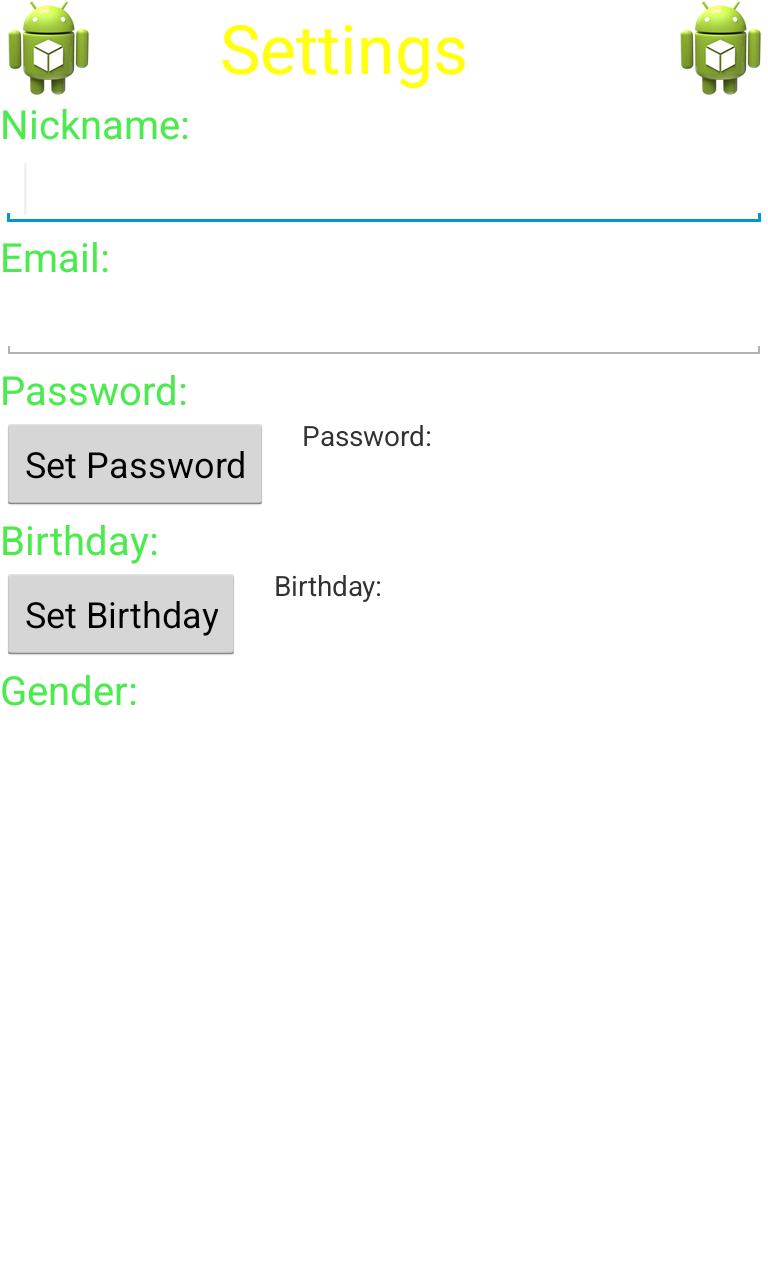
Repository: wzbbbb/bkp_home
Layout: java/BeenThere,DoneThat!/res/layout/activity_quitzsettings.xml
An editor plug-in stored every save of this project. The layout is shown before and after the next save, followed by the edit.
It is drawn on a 768 x 1280 px phone screen (xhdpi) without system bars, with theme AppTheme; the app's code is not run.

Above is the layout before, as saved 2013-09-26 01:27:36.

### java/BeenThere,DoneThat!/res/layout/activity_quitzsettings.xml
<LinearLayout xmlns:android="http://schemas.android.com/apk/res/android"
    android:layout_width="fill_parent"
    android:layout_height="fill_parent"
    android:background="@android:color/transparent"
    android:orientation="vertical" >

    <RelativeLayout
        android:layout_width="match_parent"
        android:layout_height="wrap_content" >

        <ImageView
            android:id="@+id/ImageView01"
            android:layout_width="wrap_content"
            android:layout_height="wrap_content"
            android:layout_alignParentLeft="true"
            android:layout_alignParentTop="true"
            android:src="@drawable/ic_launcher" />

        <ImageView
            android:id="@+id/imageView1"
            android:layout_width="wrap_content"
            android:layout_height="wrap_content"
            android:layout_alignParentRight="true"
            android:layout_alignParentTop="true"
            android:src="@drawable/ic_launcher" />

        <TextView
            android:id="@+id/textView1"
            android:layout_width="wrap_content"
            android:layout_height="wrap_content"
            android:layout_centerHorizontal="true"
            android:layout_centerVertical="true"
            android:layout_marginLeft="62dp"
            android:layout_toRightOf="@+id/ImageView01"
            android:text="@string/settings"
            android:textColor="@color/logo_color"
            android:textSize="@dimen/bigger_header" />

    </RelativeLayout>

    <ScrollView
        android:id="@+id/scrollView1"
        android:layout_width="match_parent"
        android:layout_height="match_parent"
        android:scrollbarAlwaysDrawVerticalTrack="true"
        android:scrollbarStyle="outsideOverlay" >

        <LinearLayout
            android:layout_width="match_parent"
            android:layout_height="match_parent"
            android:orientation="vertical" >

            <TextView
                android:id="@+id/textView2"
                android:layout_width="wrap_content"
                android:layout_height="wrap_content"
                android:text="@string/nickname"
                android:textColor="@color/selected"
                android:textSize="@dimen/header" />

            <EditText
                android:id="@+id/editTextNickname"
                android:layout_width="match_parent"
                android:layout_height="wrap_content"
                android:ems="10"
                android:inputType="textPersonName"
                android:maxLength="20"
                android:maxLines="1" >

                <requestFocus />
            </EditText>

            <TextView
                android:id="@+id/textView3"
                android:layout_width="wrap_content"
                android:layout_height="wrap_content"
                android:text="@string/email"
                android:textColor="@color/selected"
                android:textSize="@dimen/header" />

            <EditText
                android:id="@+id/editTextEmail"
                android:layout_width="match_parent"
                android:layout_height="wrap_content"
                android:ems="10"
                android:inputType="textEmailAddress"
                android:maxLines="1" />

            <TextView
                android:id="@+id/textViewPWD"
                android:layout_width="wrap_content"
                android:layout_height="wrap_content"
                android:text="@string/password"
                android:textColor="@color/selected"
                android:textSize="@dimen/header" />

            <LinearLayout
                android:layout_width="match_parent"
                android:layout_height="wrap_content" >

                <Button
                    android:id="@+id/button1"
                    android:layout_width="wrap_content"
                    android:layout_height="wrap_content"
                    android:layout_marginRight="@dimen/activity_horizontal_margin"
                    android:text="@string/but_pwd" />

                <TextView
                    android:id="@+id/pwdView"
                    android:layout_width="match_parent"
                    android:layout_height="match_parent"
                    android:background="@android:color/background_light"
                    android:text="@string/password" />

            </LinearLayout>

            <TextView
                android:id="@+id/textView5"
                android:layout_width="wrap_content"
                android:layout_height="wrap_content"
                android:text="@string/birthday"
                android:textColor="@color/selected"
                android:textSize="@dimen/header" />

            <LinearLayout
                android:layout_width="match_parent"
                android:layout_height="wrap_content" >

                <Button
                    android:id="@+id/button2"
                    android:layout_width="wrap_content"
                    android:layout_height="wrap_content"
                    android:layout_marginRight="@dimen/activity_horizontal_margin"
                    android:text="@string/but_BD" />

                <TextView
                    android:id="@+id/BdayView"
                    android:layout_width="match_parent"
                    android:layout_height="match_parent"
                    android:layout_gravity="right"
                    android:background="@android:color/background_light"
                    android:text="@string/birthday" />

            </LinearLayout>

            <TextView
                android:id="@+id/genderView"
                android:layout_width="wrap_content"
                android:layout_height="wrap_content"
                android:text="@string/gender"
                android:textColor="@color/selected"
                android:textSize="@dimen/header" />

        </LinearLayout>
    </ScrollView>

</LinearLayout>

### java/BeenThere,DoneThat!/res/values/strings.xml
<resources>

    <string name="app_name">Been there, Done that!</string>
    <string name="action_settings">Settings</string>
    <string name="hello_world">Hello world!</string>
    <string name="scores">View Scores</string>
    <string name="welcome">Welcome to the game! </string>

    <dimen name="header">20sp</dimen>

    <string name="help">Help</string>
    <string name="settings">Settings</string>
    <string name="but_play">Play Game</string>
    <string name="user_set_label">Specify your user name:</string>
    <string name="submit">Submit</string>

    <dimen name="medium_size">15sp</dimen>

    <string name="LastRunTime">Last time the game started at:</string>
    <string name="Temp_date">To be replaced</string>
    <string name="but_score">Check scores</string>
    <string name="summar_palace">Summar Palace</string>
    <string name="tian_tan">Tian Tan</string>
    <string name="water_cube">Water cube</string>
    <string name="app_logo_top">BEEN THERE</string>
    <string name="app_logo_bottom">DONE THAT!</string>
    <string name="great_wall">Great Wall</string>
    <string name="app_version_info">Version 2.0.0\nCopyright © 2013 WANG ZHI BING\nAll Right Resreved.</string>
    <string name="menu">MAIN MENU</string>
    <string name="icon">icon</string>

    <string-array name="stringarray">
        <item>Settings</item>
        <item>Play</item>
        <item>Help</item>
        <item>Scores</item>
    </string-array>

    <string name="all_scores">"All Scores"</string>
    <string name="friend_scores">"Scores of Friends"</string>
    <string name="no_scores">"No scores to show."</string>
    <string name="username">"Username"</string>
    <string name="rank">"Ranking"</string>
    <string name="score">"Score"</string>
    <string name="wait_msg">"Retrieving Scores &#8230;"</string>
    <string name="wait_title">"Loading &#8230;"</string>
     <string name="nickname">"Nickname:"</string>
 <string name="email">"Email:"</string>
 <string name="password">"Password:"</string>
 <string name="birthday">"Birthday:"</string>
 <string name="gender">"Gender:"</string>
     <string name="female">"Female"</string>
 <string name="male">"Male"</string>
  <string name="neutral">"Prefer not to say"</string>
 <string name="but_pwd">"Set Password"</string>
  <string name="but_BD">"Set Birthday"</string>


</resources>

### java/BeenThere,DoneThat!/res/values/colors.xml

    <resources>
        <color name="logo_color">#FFFF0F</color>
        <color name="version_bkgrd">#1A1A48</color><color name="version_color">#F0F0F0</color>
        <color name="title_color">#F0F0F0</color>
        <color name="title_glow">#F00</color>
        <color name="menu_color">#FFFF0F</color>
        <color name="menu_glow">#F00</color>
        <color name="selected">#4BEB50</color>
        <color name="error_color">#F00</color>
    </resources>

### java/BeenThere,DoneThat!/res/values/dimens.xml
<resources>

    <!-- Default screen margins, per the Android Design guidelines. -->
    <dimen name="activity_horizontal_margin">16dp</dimen>
    <dimen name="activity_vertical_margin">16dp</dimen>
    <dimen name="logo_size">48dp</dimen>
    <dimen name="version_spacing">3dp</dimen><dimen name="version_size">15dp</dimen>
    <dimen name="divider_hight">1dp</dimen><dimen name="screen_item_size">40dp</dimen>
    <dimen name="menu_item_size">34dp</dimen>
    <dimen name="help_text_padding">20dp</dimen>
    <dimen name="help_text_size">7pt</dimen>
    <dimen name="help_text_fading">25dp</dimen>
    <dimen name="help_text_drawable_padding">5dp</dimen>
    <dimen name="bigger_header">34sp</dimen>



</resources>

Loaded but not shown: java/BeenThere,DoneThat!/res/values/styles.xml (common file); java/BeenThere,DoneThat!/res/values-v11/styles.xml (common file); java/BeenThere,DoneThat!/res/values-v14/styles.xml (common file)

After the next save:
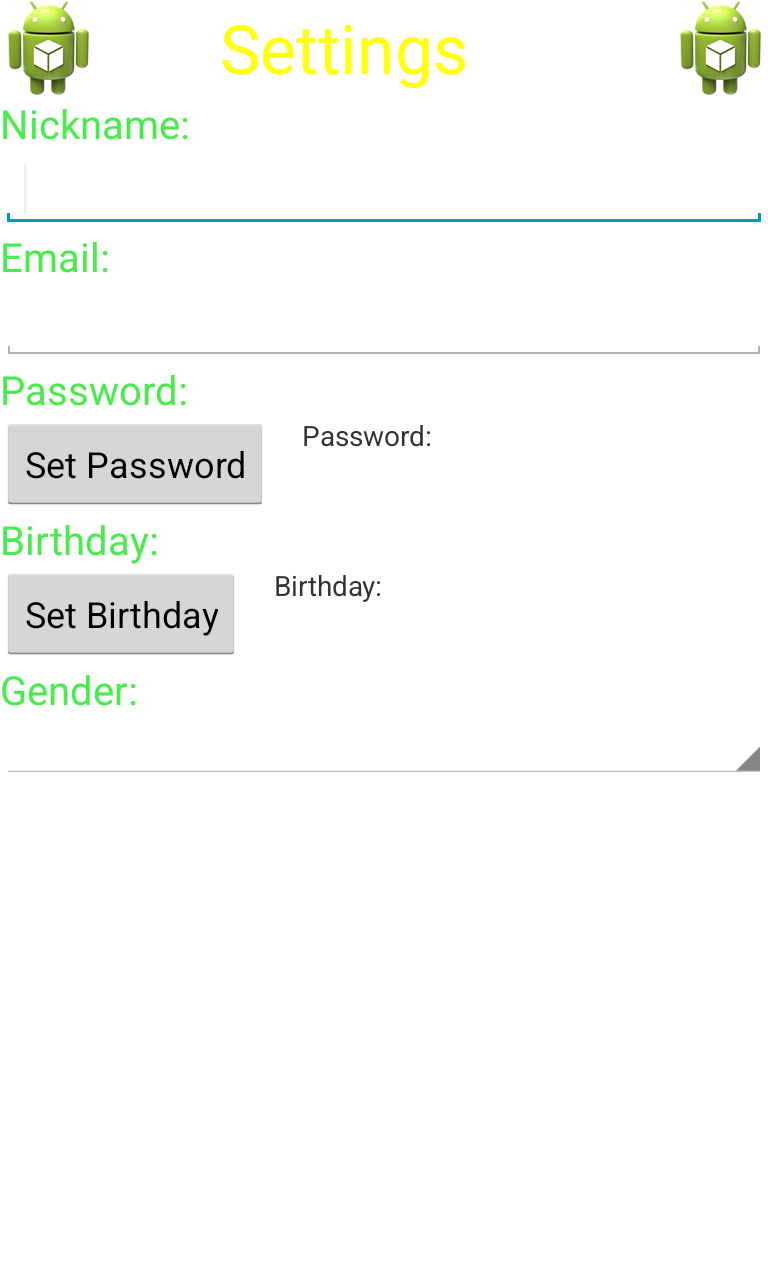
Saved 72 s later.
--- a/java/BeenThere,DoneThat!/res/layout/activity_quitzsettings.xml
+++ b/java/BeenThere,DoneThat!/res/layout/activity_quitzsettings.xml
@@ -151,6 +151,11 @@
                 android:textColor="@color/selected"
                 android:textSize="@dimen/header" />
 
+            <Spinner
+                android:id="@+id/spinnerGenders"
+                android:layout_width="match_parent"
+                android:layout_height="wrap_content" />
+
         </LinearLayout>
     </ScrollView>
 
